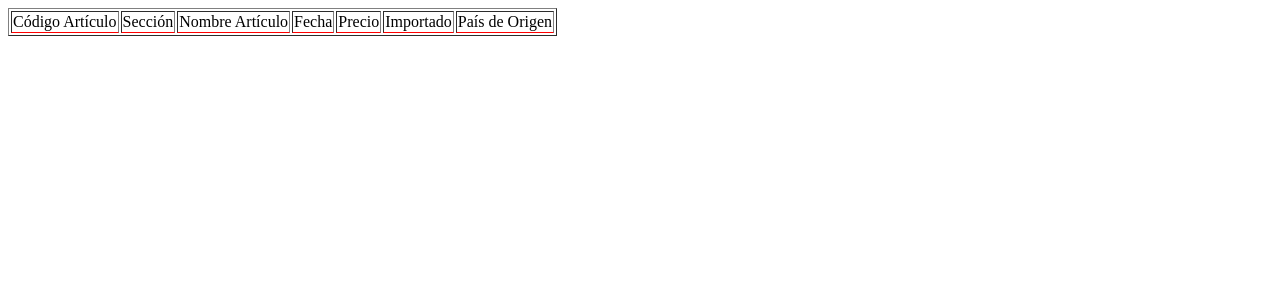
Repository: FernandoJFernandez/Curso-java-2022
Page: http://localhost/Web_de_Productos/ControladorProductos
The author's editor kept a copy of each file at every save. The page is drawn from the files as they stood at one save, then again after the next save.
The browser window is 1280 px wide. The pictures show the whole page.
The page is served by Tomcat 9. Queries for data that is not in the repository find no rows.

Above is the page before, as saved 2023-04-24 22:40:13.

After the next save:
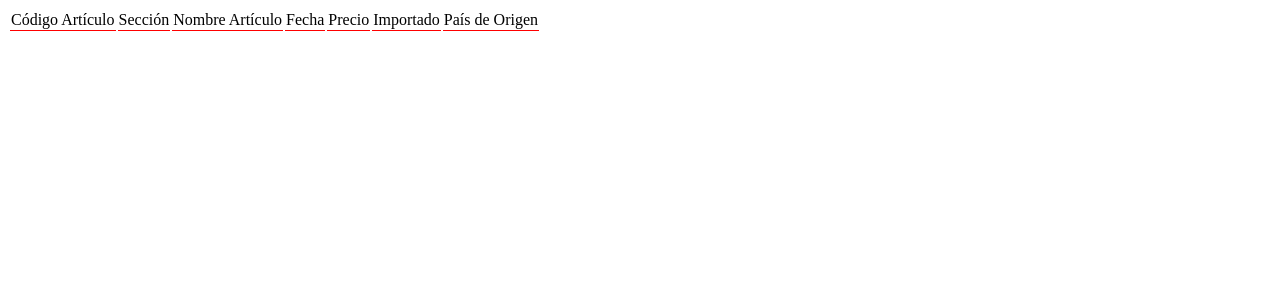
Saved 12 s later.
--- a/Web_de_Productos/src/main/webapp/ListaProductos.jsp
+++ b/Web_de_Productos/src/main/webapp/ListaProductos.jsp
@@ -18,7 +18,7 @@
 		List<Productos> losProductos = (List<Productos>) request.getAttribute("LISTAPRODUCTOS");
 	%>
 <body>
-	<table border="1">
+	<table>
 		<tr>
 			<td class="cabecera">Código Artículo</td>
 			<td class="cabecera">Sección</td>
